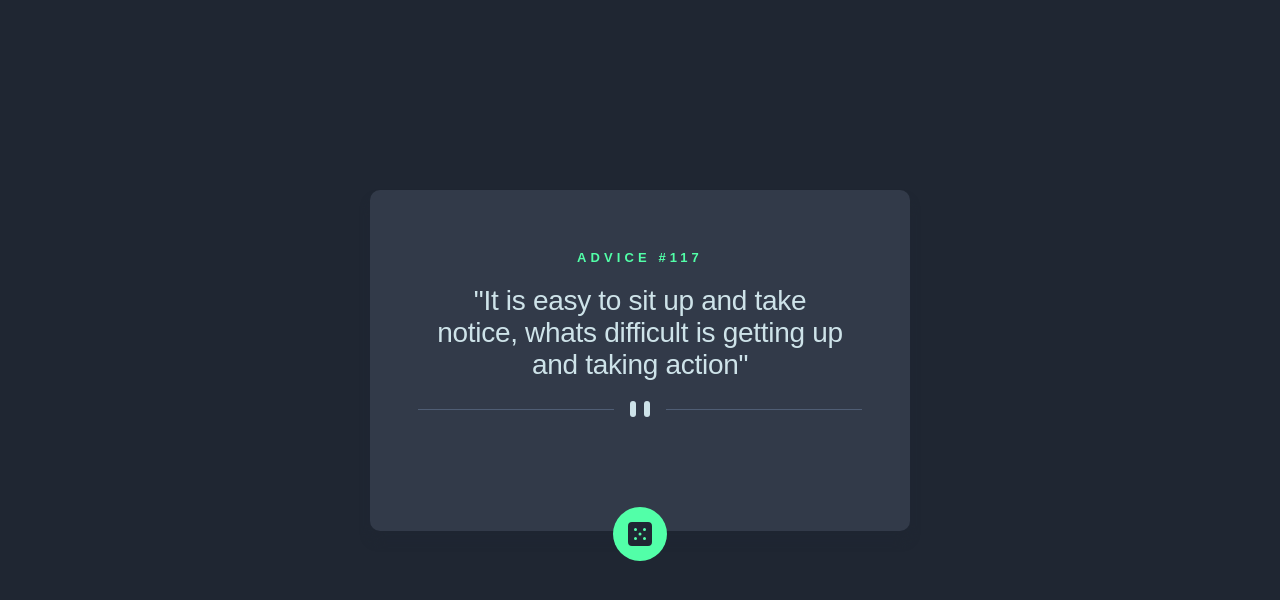
Repository: Arkitecth/advice-generator
Page: index.html
These files come from the project's save history. The page is drawn as it stood at one moment and after the next save; the edit follows.
The browser window is 1280 px wide. The pictures show the whole page.

Above is the page before, as saved 2023-07-12 18:19:18.

### index.html
<!DOCTYPE html>
<html lang="en">
<head>
  <meta charset="UTF-8">
  <meta name="viewport" content="width=device-width, initial-scale=1.0"> <!-- displays site properly based on user's device -->

  <link rel="icon" type="image/png" sizes="32x32" href="./images/favicon-32x32.png">
  <link rel="stylesheet" href="style.css">
  <title>Advice generator app</title>

</head>
<body>
  <div class="container">
    <p class="advice">Advice <span class="advice-num">#117</span></p>
    <p class="advice-text">"It is easy to sit up and take notice, whats difficult is getting up and taking action"</p>
    <img class="pattern-divider" src="images/pattern-divider-desktop.svg" alt="pattern-divider-desktop">
    <div>
      <img class="dice-icon" src="images/icon-dice.svg" alt="dice-icon">
    </div>

  </div>
</body>
</html>

### style.css
:root {
    --dark-blue: hsl(218, 23%, 16%);
    --dark-grayish-blue:hsl(217, 19%, 24%);
    --light-cyan:  hsl(193, 38%, 86%);
    --neon-green:hsl(150, 100%, 66%);
    --grayish-blue:hsl(217, 19%, 38%);
}
* {
    margin: 0;
    padding:0;
    box-sizing: border-box;
    font-family: 'Manrope', sans-serif;
}
@import url('https://fonts.googleapis.com/css2?family=Manrope:wght@800&display=swap');


body {
    background-color: var(--dark-blue);
    display: flex;
    height: 100vh;
    align-items: center;
}

.container {
    margin: 0 auto;
    background-color: var(--dark-grayish-blue);
    max-width: 540px;
    padding: 50px;
    border-radius: 10px;
    box-shadow: 0px 10px 10px var(--dark-blue);
    display: flex;
    flex-direction: column;
    align-items: center;
    align-content: space-around;
    justify-content: space-between;
}

.advice {
    color: var(--neon-green);
    text-transform: uppercase;
    font-weight: 800;
    letter-spacing: 4.086px;
    font-size: 0.8125rem;
    padding: 10px;
}

.advice-text {
    color: var(--light-cyan);
    text-align: center;
    font-size: 28px;
    letter-spacing: -0.3px;
    padding: 10px;
}


.pattern-divider {
    padding: 10px;
}

.container div {
    display: flex;
    transform: translateY(80px);
    background-color: var(--neon-green);
    border-radius: 50%;
    justify-content: center;
    padding: 15px;
    cursor: pointer;
}

.container div:hover {
    box-shadow: 0px 0px 10px var(--neon-green);
}

After the next save:
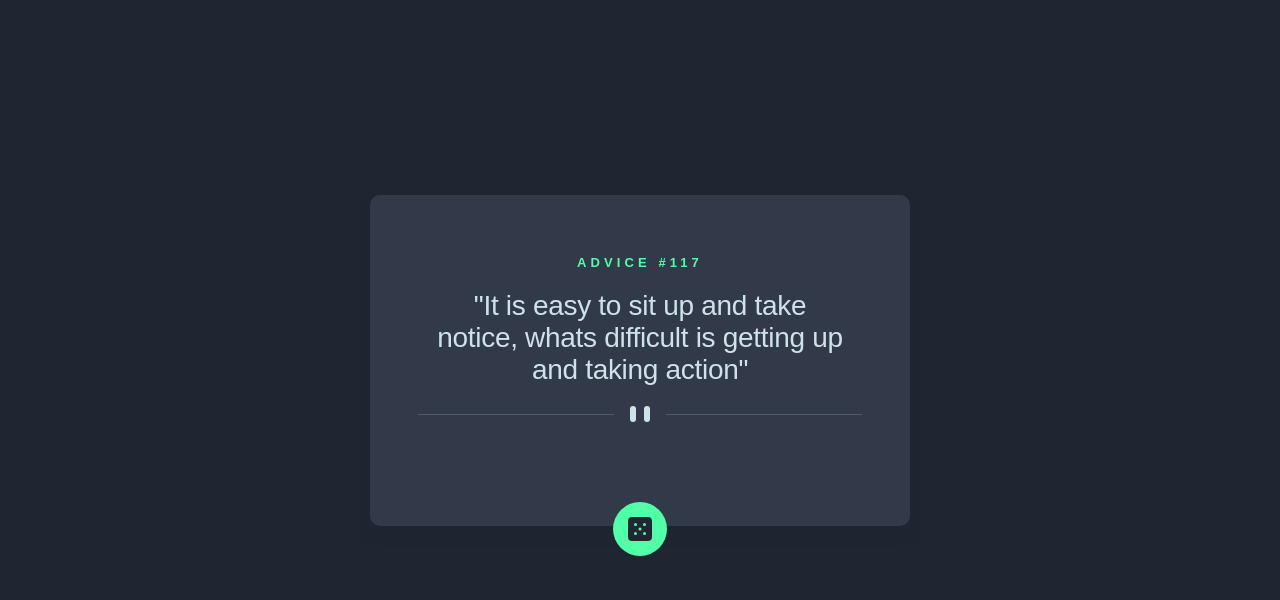
Saved 9 s later.
--- a/style.css
+++ b/style.css
@@ -54,7 +54,7 @@
 
 
 .pattern-divider {
-    padding: 10px;
+    padding-top: 10px;
 }
 
 .container div {
